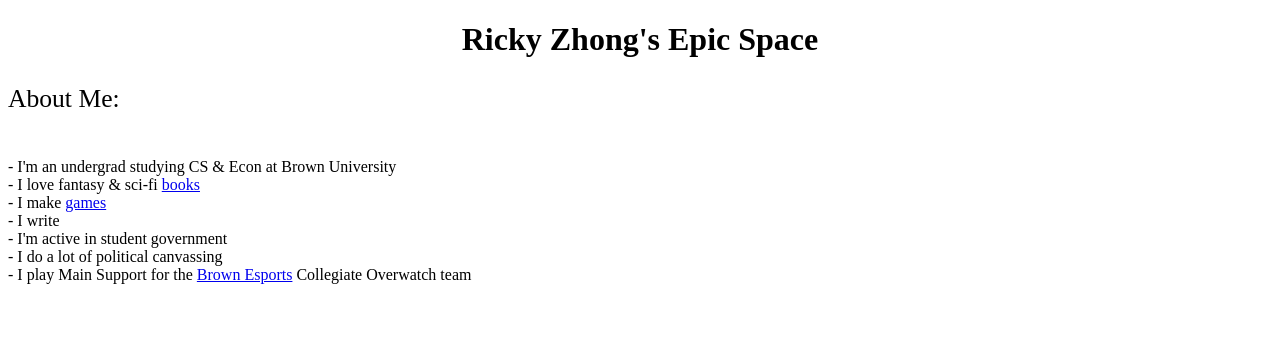
Repository: rickydaricky/rickydaricky.github.io
Page: index.html
An editor plug-in stored every save of this project. The page is shown before and after the next save, followed by the edit.
The browser window is 1280 px wide. The pictures show the whole page.

Above is the page before, as saved 2021-11-26 01:58:23.

### index.html
<!DOCTYPE html>
<html>
  <body>
    <h1 style="text-align: center;">Ricky Zhong's Epic Space</h1>
    <p style="font-size:160%;">About Me:</p>
    <p>
      <br />
      - I'm an undergrad studying CS & Econ at Brown University
      <br />
      - I love fantasy & sci-fi
      <a href="https://goodreads.com/rickydaricky">books</a>
      <br />
      - I make
      <a href="https://rickydaricky.itch.io/">games</a>
      <br />
      - I write
      <br />
      - I'm active in student government
      <br />
      - I do a lot of political canvassing
      <br />
      - I play Main Support for the
      <a href="https://brownesports.org/">Brown Esports</a>
      Collegiate Overwatch team
    </p>
  </body>
</html>

After the next save:
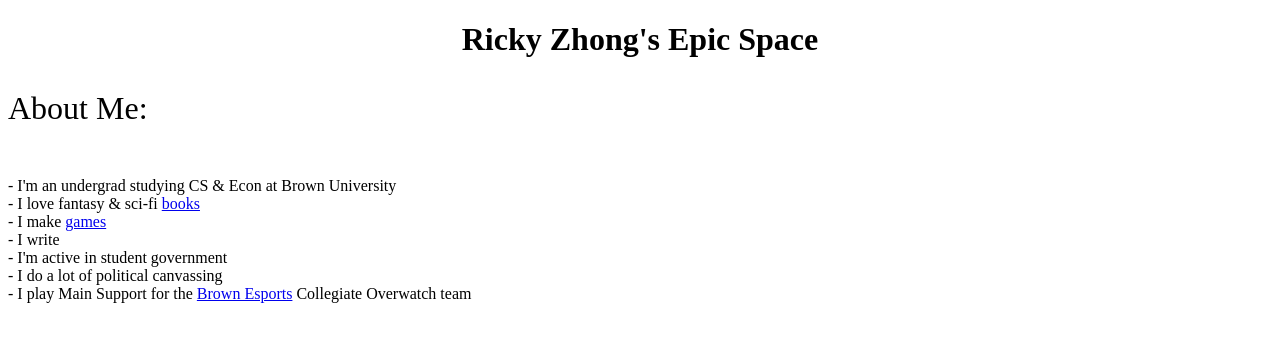
Saved 23 s later.
--- a/index.html
+++ b/index.html
@@ -2,7 +2,7 @@
 <html>
   <body>
     <h1 style="text-align: center;">Ricky Zhong's Epic Space</h1>
-    <p style="font-size:160%;">About Me:</p>
+    <p style="font-size:200%;">About Me:</p>
     <p>
       <br />
       - I'm an undergrad studying CS & Econ at Brown University
